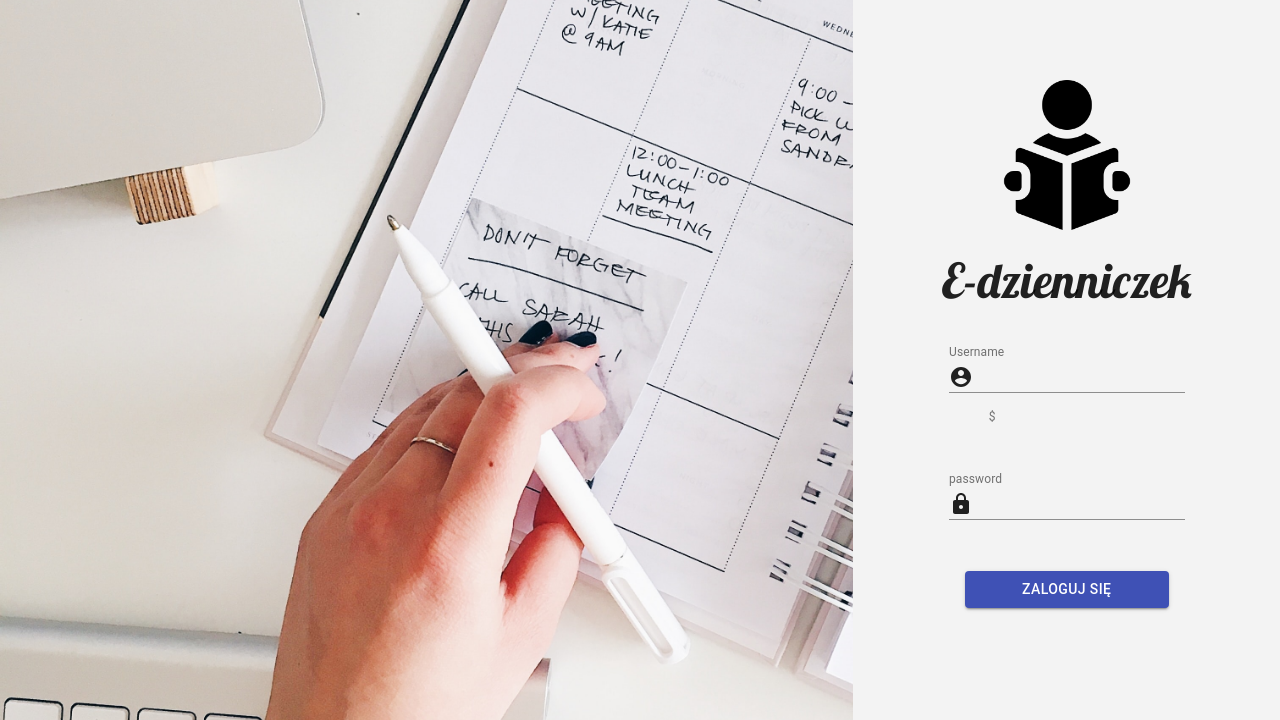
Repository: dominik3131/E-dzienniczek
Page: /
The author's editor kept a copy of each file at every save. The page is drawn from the files as they stood at one save, then again after the next save.
The browser window is 1280 px wide. The pictures show the whole page.
The project was rebuilt for these pictures with package versions that can differ from the ones it lists, and the page was loaded fresh each time.

Above is the page before, as saved 2020-11-17 16:01:45.

After the next save:
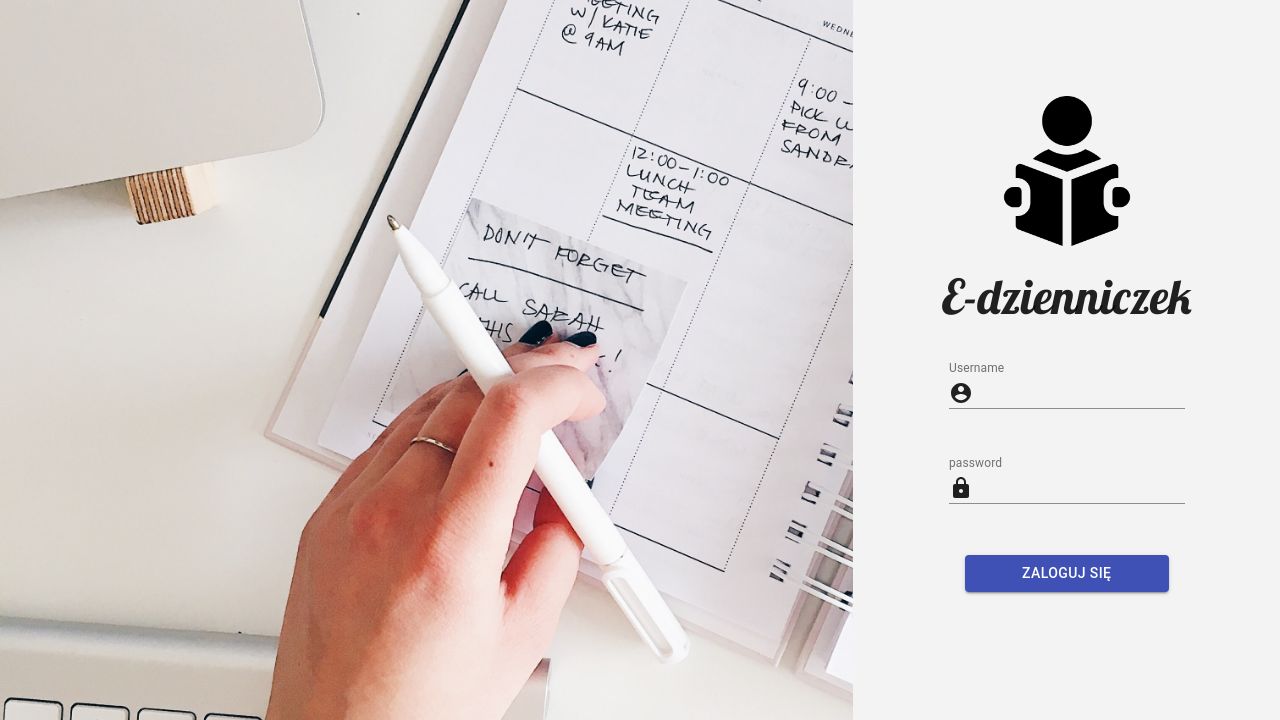
Saved 14 s later.
--- a/src/components/LoginForm/LoginForm.js
+++ b/src/components/LoginForm/LoginForm.js
@@ -32,7 +32,7 @@ const LoginForm = ({ errors, tryLogin, showErrors }) => {
       <TextField
         id="username"
         name="username"
-        helperText={<ul>${showErrors("email")}</ul>}
+        helperText={<ul>{showErrors("email")}</ul>}
         error={errors.email.length > 0 || null}
         label="Username"
         InputProps={{
